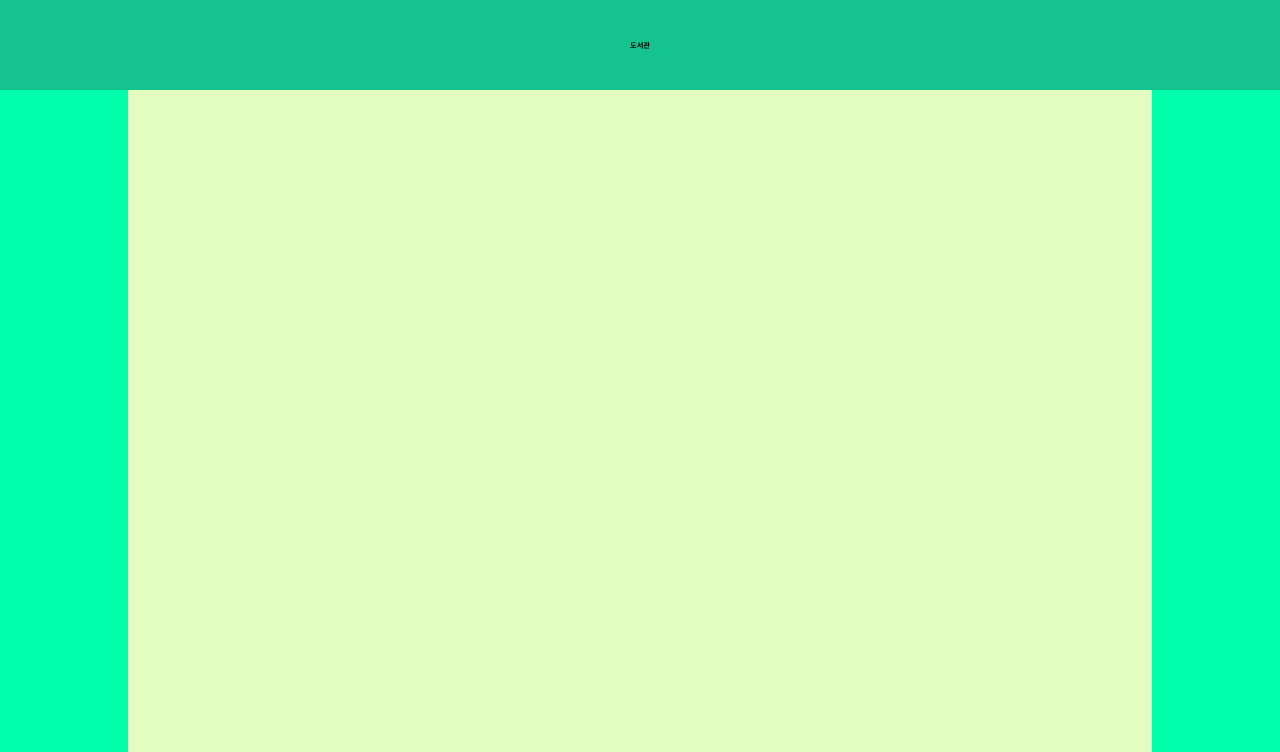
Repository: sojihwan/API_-Multi
Page: / (app in API/)
An editor plug-in stored every save of this project. The page is shown before and after the next save, followed by the edit.
The browser window is 1280 px wide. The pictures show the whole page.
The project was rebuilt for these pictures with package versions that can differ from the ones it lists, and the page was loaded fresh each time. Also part of the build but not shown: API/src/App.css.

Above is the page before, as saved 2022-05-24 16:22:13.

### API/src/App.js
import "./App.css";
import Layout from "./Layout/Layout";

function App() {
  return (
    <div>
      <Layout />
    </div>
  );
}

export default App;

### API/src/Layout/layout.js
import React from "react";
import "./Layout.css";
import Section from "./Section";

function Layout() {
  return (
    <div className="layout">
      <header>도서관</header>
      <main>
        <aside></aside>
        <Section />
        <aside></aside>
      </main>
    </div>
  );
}

export default Layout;

### API/src/Layout/layout.css
@import url('https://fonts.googleapis.com/css2?family=Noto+Sans+KR:wght@100&display=swap');

.layout {
  box-sizing: border-box;
  font-family: 'Noto Sans KR', sans-serif;
}

header {
  top: 0px;
  width: 100%;
  height: 90px;
  line-height: 90px;
  text-align: center;
  background: #14C38E;
  font-size: 1vh;
  font-weight: bolder;
}

aside {
  top: 90px;
  background: #00FFAB;
}

main aside:first-child {
  position: absolute;
  left: 0;
  width: 10%;
  height: 91.9%;
}

main {
  display: flex;
  justify-content: center;
  align-items: center;
  min-height: 91.9vh;
  background: #E3FCBF;
}

main aside:last-child {
  position: absolute;
  right: 0;
  width: 10%;
  height: 91.9%;
}

### API/src/Layout/Section.js
import React from "react";
import "../Layout/Section.css";

function Section() {
  return (
    <div className="section">
      <div></div>
    </div>
  );
}

export default Section;

### API/src/Layout/Section.css
.section {
  width: 70%;
  padding: 290px 0;
  text-align: center;
  background: #E3FCBF;
}

Loaded but not shown: API/public/index.html (common file); API/src/index.js (common file); API/src/index.css (common file); API/src/reportWebVitals.js (common file)

After the next save:
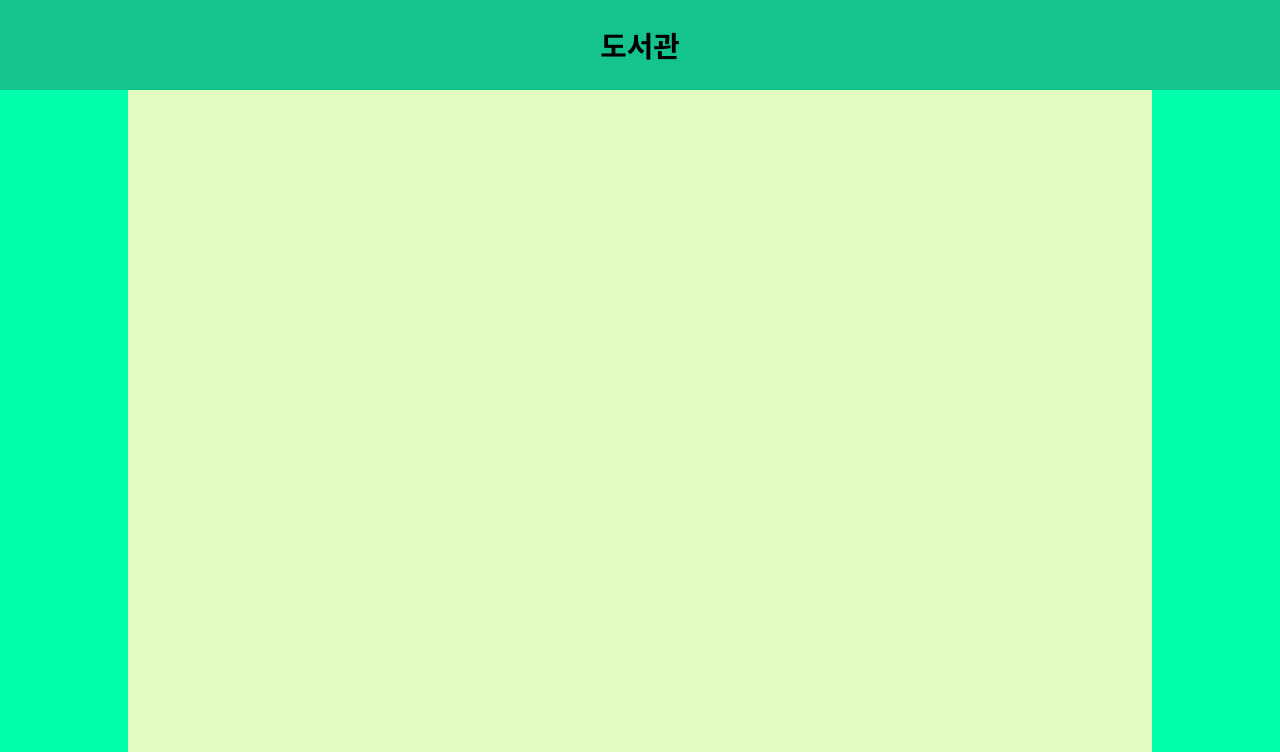
Saved 2 s later.
--- a/API/src/Layout/layout.css
+++ b/API/src/Layout/layout.css
@@ -12,7 +12,7 @@ header {
   line-height: 90px;
   text-align: center;
   background: #14C38E;
-  font-size: 1vh;
+  font-size: 4vh;
   font-weight: bolder;
 }
 
